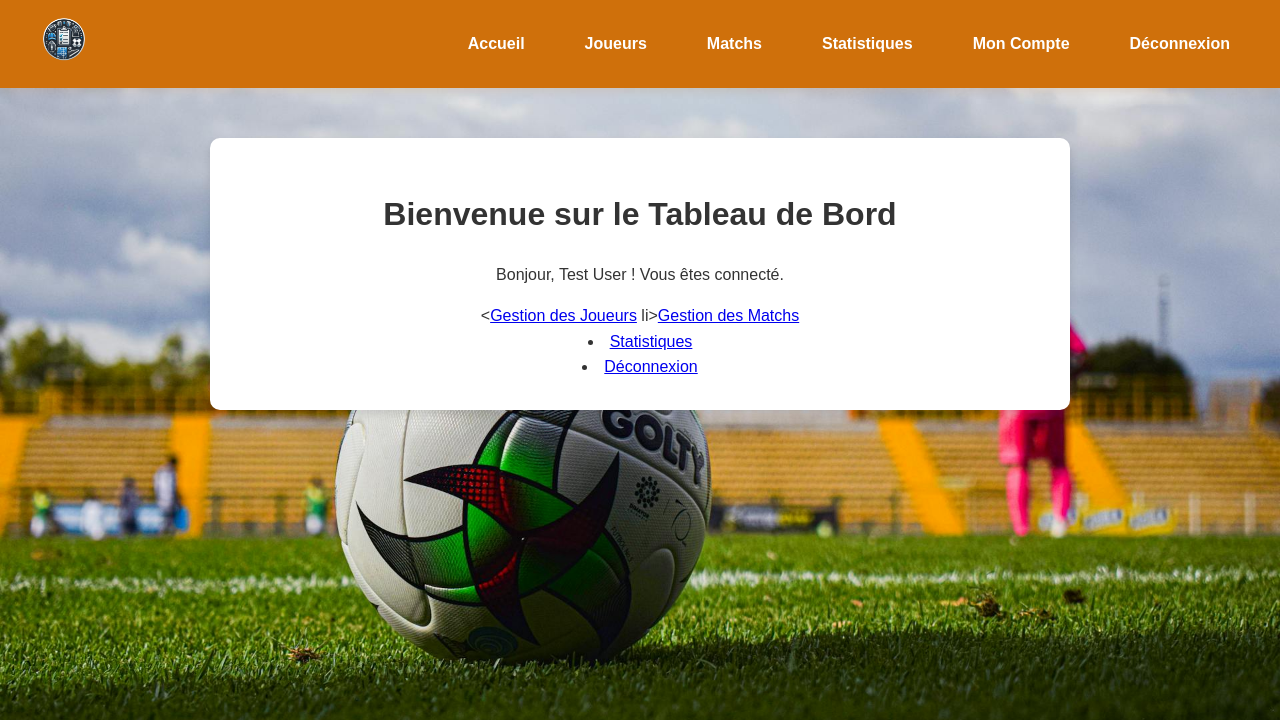
Repository: iisloomx/R401_MiniProjet
Page: http://localhost/views/dashboard.php
These files come from the project's save history. The page is drawn as it stood at one moment and after the next save; the edit follows.
The browser window is 1280 px wide. The pictures show the whole page.
The page is run by PHP 8.4 with error messages shown; the project is at /var/www/html/. The session is filled in as if someone had signed in: {"id_utilisateur": 1, "utilisateur": "Test User"}. Other server files are loaded and not shown.

Above is the page before, as saved 2025-01-19 04:23:54.

### views/dashboard.php
<?php
session_start(); // Démarrez la session au début du fichier

if (!isset($_SESSION['utilisateur'])) {
    header("Location: connexion.php");
    exit();
}

include 'header.php';
?>

<!DOCTYPE html>
<html lang="fr">

<head>
    <meta charset="UTF-8">
    <title>Tableau de Bord</title>
    <link rel="stylesheet" href="css/style.css">
</head>

<body>
    <div class="table-container">
        <div class="dashboard-container">
            <h1>Bienvenue sur le Tableau de Bord</h1>
            <?php if (isset($_SESSION['utilisateur'])) : ?>
                <p>Bonjour, <?= htmlspecialchars($_SESSION['utilisateur']); ?> ! Vous êtes connecté.</p>
            <?php else : ?>
                <p>Erreur : Utilisateur non connecté.</p>
            <?php endif; ?>



                    <<a href="../controllers/JoueursController.php?action=liste">Gestion des Joueurs</a></li>
                    li><a href="../controllers/MatchsController.php?action=liste">Gestion des Matchs</a></li>
                    <li><a href="../controllers/StatistiquesController.php?action=index">Statistiques</a></li> <!-- Nouveau bouton -->
                    <li><a href="../controllers/DeconnexionController.php" class="deconnexion">Déconnexion</a></li>


        </div>
    </div>
</body>

</html>

<?php include 'footer.php'; ?>

### views/header.php
<!DOCTYPE html>
<html lang="fr">
<head>
    <meta charset="UTF-8">
    <title>Tableau de Bord</title>
    <link rel="stylesheet" href="/MiniprojetR3.01/views/css/style.css">

</head>
<body>
    <header class="main-header">
        <div class="logo">
            <a href="/MiniprojetR3.01/views/dashboard.php"><img src="../img/logo.PNG" alt="Logo" /></a>
        </div>

        <nav class="nav-links">
            <a href="/MiniprojetR3.01/views/dashboard.php">Accueil</a>
            <?php if (isset($_SESSION['utilisateur'])) : ?>

                    <a href="../controllers/JoueursController.php?action=liste">Joueurs</a>
                    <a href="../controllers/MatchsController.php?action=liste  ">Matchs</a>
                    <a href="../controllers/StatistiquesController.php?action=index">Statistiques</a>

                <a href="/MiniprojetR3.01/views/mon_compte.php" class="btn-account">Mon Compte</a>
                <a href="/MiniprojetR3.01/controllers/DeconnexionController.php" class="btn-logout">Déconnexion</a>
            <?php endif; ?>
        </nav>
    </header>
</body>
</html>

### views/css/style.css
/* Global Styles */
body {
    background: url('../img/BGROUND.jpg') no-repeat center center fixed;
    background-size: cover;
    font-family: Arial, sans-serif;
    margin: 0;
    padding: 0;
    line-height: 1.6;
    color: #333;
}

/* Header Styles */
.main-header {
    display: flex;
    align-items: center;
    justify-content: space-between;
    background-color: #cf700b;
    padding: 15px 30px;
    color: #fff;
    box-shadow: 0 4px 8px rgba(216, 117, 12, 0.1);
    position: sticky;
    top: 0;
    z-index: 1000;
}

.dropdown {
    position: relative;
    display: inline-block;
}

.dropdown-content {
    display: none;
    position: absolute;
    background-color: #f9f9f9;
    min-width: 160px;
    box-shadow: 0px 8px 16px 0px rgba(0,0,0,0.2);
    z-index: 1;
}

.dropdown-content a {
    color: black;
    padding: 12px 16px;
    text-decoration: none;
    display: block;
}



.logo img {
    height: 50px;
}

.nav-links {
    display: flex;
    align-items: center;
}

.nav-links a {
    color: #fff;
    text-decoration: none;
    font-weight: bold;
    margin-left: 20px;
    padding: 10px 20px;
    border-radius: 5px;
    transition: background-color 0.3s ease, color 0.3s ease, transform 0.2s ease;
}

.nav-links a:hover {
    background-color: #f4a261;
    color: #333;
    transform: scale(1.05);
}

.table-container {
    max-width: 800px;
    margin: 50px auto;
    background-color: #fff;
    padding: 30px;
    border-radius: 10px;
    box-shadow: 0 4px 8px rgba(0,0,0,0.1);
    text-align: center;
}

/* Container Styles */
.container {
    max-width: 800px;
    margin: 50px auto;
    padding: 30px;
    background-color: #fff;
    border-radius: 10px;
    box-shadow: 0 4px 8px rgba(0, 0, 0, 0.1);
    text-align: center;
}

/* Page Titles */
.container h1 {
    font-size: 32px;
    color: #333;
    margin-bottom: 20px;
}

/* --- AJOUT : Style du bouton "Ajouter un Match" --- */
.btn-add-match {
    display: inline-block;
    background-color: #4CAF50;
    color: #fff;
    font-weight: bold;
    text-decoration: none;
    padding: 10px 20px;
    border-radius: 5px;
    margin: 0 auto 20px auto;
    transition: background-color 0.3s ease, transform 0.2s ease;
}

.btn-add-match:hover {
    background-color: #45a049;
    transform: scale(1.05);
}

/* Pour forcer la couleur même si lien "visité" */
.btn-add-match:visited {
    color: #fff;
}

/* Forms */
form {
    width: 100%;
    max-width: 500px;
    margin: 0 auto;
    text-align: left;
}

form label {
    font-size: 16px;
    font-weight: bold;
    color: #555;
    display: block;
    margin-bottom: 5px;
}

form input[type="text"],
form input[type="number"],
form input[type="date"],
form input[type="password"],
form select {
    width: 100%;
    padding: 10px;
    margin-bottom: 20px;
    border: 1px solid #ccc;
    border-radius: 5px;
    font-size: 16px;
    transition: border-color 0.3s ease, box-shadow 0.3s ease;
}

form input[type="text"]:focus,
form input[type="number"]:focus,
form input[type="date"]:focus,
form input[type="password"]:focus {
    border-color: #4CAF50;
    box-shadow: 0 0 8px rgba(76, 175, 80, 0.5);
    outline: none;
}

form button {
    width: 100%;
    padding: 15px;
    background-color: #4CAF50;
    border: none;
    border-radius: 5px;
    color: white;
    font-size: 18px;
    font-weight: bold;
    cursor: pointer;
    transition: background-color 0.3s ease, transform 0.2s ease;
}

form button:hover {
    background-color: #45a049;
    transform: scale(1.05);
}


/* Table Styles */
.styled-table {
    width: 100%;
    border-collapse: collapse;
    margin-top: 20px;
    font-size: 16px;
    text-align: left; /* Changed from center to left */
    table-layout: fixed; /* Added to fix table layout */
}

.styled-table th,
.styled-table td {
    padding: 15px;
    border: 1px solid #ddd;
    word-wrap: break-word;
    white-space: normal;
}

.styled-table th {
    background-color: #f4a261;
    color: white;
    font-weight: bold;
}

.styled-table tr:nth-child(even) {
    background-color: #f9f9f9;
}

.styled-table tr:hover {
    background-color: #f1f1f1;
}

/* Links in Table */
.styled-table a {
    text-decoration: none;
    font-weight: bold;
    color: #fff;
    padding: 5px 10px;
    border-radius: 5px;
    transition: background-color 0.3s ease, color 0.3s ease, transform 0.2s ease;
}

.styled-table a:hover {
    background-color: #4CAF50;
    color: white;
    transform: scale(1.05);
}

/* Buttons for Add/Edit/Delete */
.btn {
    display: inline-block;
    padding: 10px 20px;
    font-size: 16px;
    font-weight: bold;
    color: white;
    text-decoration: none;
    border-radius: 5px;
    margin: 10px 5px;
    transition: background-color 0.3s ease, transform 0.2s ease;
}

.btn:hover {
    transform: scale(1.05);
}

.btn-add {
    background-color: #4CAF50; /* Green */
}

.btn-add:hover {
    background-color: #45a049;
}

.btn-add-commentaire {
    background-color: #4CAF50; /* Green */
}

.btn-add-commentaire:hover {
    background-color: #45a049;
}

.btn-add-joueur {
    background-color: #4CAF50; /* Green */
}

.btn-add-joueur:hover {
    background-color: #45a049;

.btn-feuille {
    background-color: #d6d65b; /* Green */
}

.btn-feuille:hover {
    background-color: #b2b24e; /* Green */
}

.btn-edit {
    background-color: #3498db; /* Blue */
}

.btn-edit:hover {
    background-color: #2980b9;
}

.btn-delete {
    background-color: #e74c3c; /* Red */
}

.btn-delete:hover {
    background-color: #c0392b;
}

.btn-back {
    background-color: #9b59b6; /* Purple */
}

.btn-back:hover {
    background-color: #8e44ad;
}


/* Footer Styles */
.main-footer {
    display: flex;
    align-items: center;
    justify-content: center;
    background-color: #cf700b;
    padding: 15px 30px;
    color: #fff;
    height: 60px;
    margin-top: 50px;
}

/* Footer Links */
.footer-links a {
    color: #fff;
    text-decoration: none;
    font-weight: bold;
}

.footer-links a:hover {
    text-decoration: underline;
}

/* Form Error Message */
.error-message {
    color: red;
    font-size: 16px;
    margin-bottom: 15px;
    text-align: center;
}

/* Responsive Styles */
@media (max-width: 600px) {
    .container {
        width: 90%;
        margin: 20px auto;
        padding: 20px;
    }

    .styled-table {
        font-size: 14px;
    }

    form input,
    form button {
        font-size: 14px;
    }
}

/* Link to Create Account */
.create-account-link {
    color: #4CAF50;
    font-weight: bold;
    text-decoration: none;
    margin-top: 20px;
    display: inline-block;
    transition: color 0.3s ease, transform 0.2s ease;
}

.create-account-link:hover {
    color: #45a049;
    text-decoration: underline;
    transform: scale(1.05);
}

.create-account-container {
    text-align: center;
    margin-top: 20px;
    font-size: 16px;
    color: #333;
}

.form-container h2 {
    font-size: 28px;
    margin-bottom: 20px;
    color: #333;
    text-align: center;
}

/* Dashboard Container */
.dashboard-container {
    text-align: center;
    margin-top: 50px;
    padding: 30px;
    background-color: #fff;
    border-radius: 10px;
    box-shadow: 0 4px 8px rgba(0, 0, 0, 0.1);
    max-width: 600px;
    margin-left: auto;
    margin-right: auto;
}

/* Dashboard Title */
.dashboard-container h1 {
    font-size: 32px;
    color: #333;
    margin-bottom: 20px;
}

/* Dashboard Paragraph */
.dashboard-container p {
    font-size: 18px;
    color: #555;
    margin-bottom: 30px;
}

/* Navigation Links */
.dashboard-container nav ul {
    list-style: none;
    padding: 0;
    margin: 0;
}

.dashboard-container nav ul li {
    margin: 10px 0;
}

.dashboard-container nav ul li a {
    display: inline-block;
    font-size: 18px;
    font-weight: bold;
    text-decoration: none;
    color: #fff;
    background-color: #4CAF50;
    padding: 10px 20px;
    border-radius: 5px;
    transition: background-color 0.3s ease, transform 0.2s ease;
}

.dashboard-container nav ul li a:hover {
    background-color: #45a049;
    transform: scale(1.05);
}

/* Déconnexion Button */
.dashboard-container nav ul li a.deconnexion {
    background-color: #e74c3c;
}

.dashboard-container nav ul li a.deconnexion:hover {
    background-color: #c0392b;
}

/* Styles pour les boutons radio et leurs labels */
.radio-group {
    display: flex;
    flex-wrap: wrap;
    gap: 10px;
    margin-top: 10px;
}

.radio-group label {
    display: inline-flex;
    align-items: center;
    font-size: 16px;
    color: #555;
    cursor: pointer;
    margin-right: 15px;
}

.radio-group input[type="radio"] {
    margin-right: 5px;
    cursor: pointer;
    width: 16px;
    height: 16px;
    vertical-align: middle;
}

.error-message {
    color: red;
    font-size: 14px;
    margin-top: 10px;
}

.success-message {
    color: green;
    font-size: 14px;
    margin-top: 10px;
}

.no-data {
    color: #555;
    font-size: 16px;
    margin-top: 20px;
}

}

Loaded but not shown: views/footer.php (common file)

After the next save:
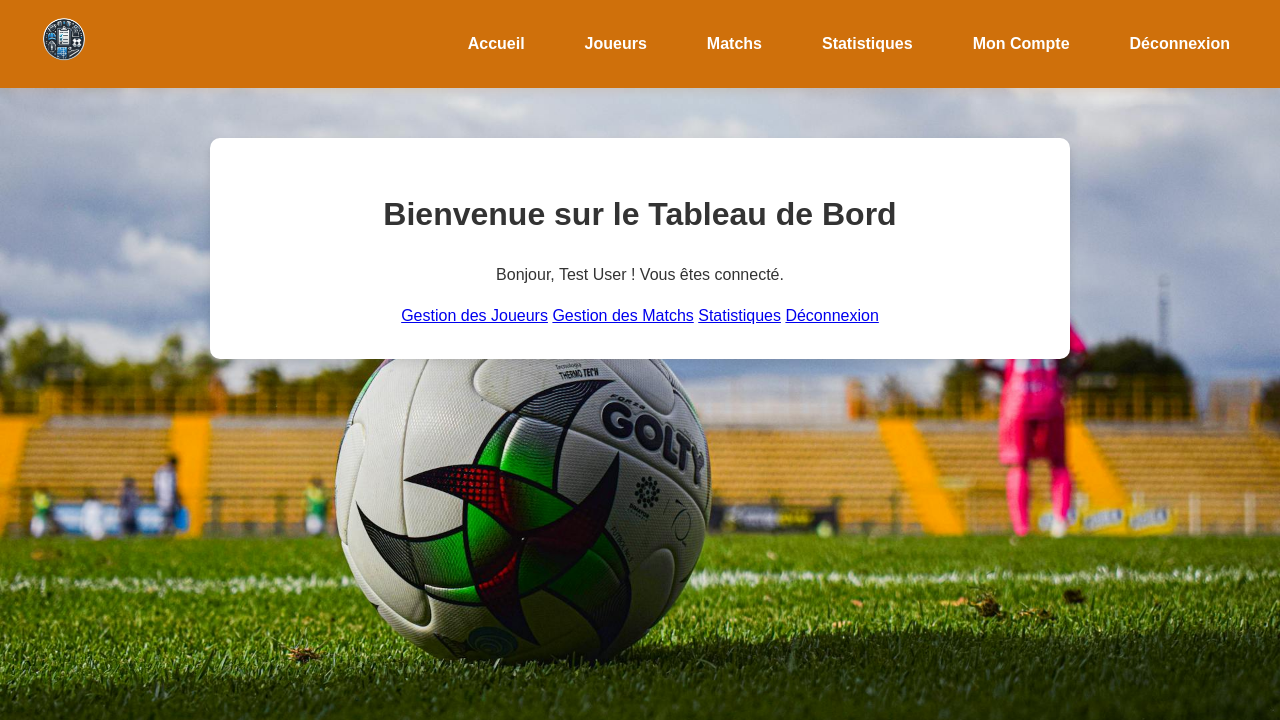
Saved 7 s later.
--- a/views/dashboard.php
+++ b/views/dashboard.php
@@ -30,10 +30,10 @@
 
 
 
-                    <<a href="../controllers/JoueursController.php?action=liste">Gestion des Joueurs</a></li>
-                    li><a href="../controllers/MatchsController.php?action=liste">Gestion des Matchs</a></li>
-                    <li><a href="../controllers/StatistiquesController.php?action=index">Statistiques</a></li> <!-- Nouveau bouton -->
-                    <li><a href="../controllers/DeconnexionController.php" class="deconnexion">Déconnexion</a></li>
+                    <a href="../controllers/JoueursController.php?action=liste">Gestion des Joueurs</a></li>
+                    <a href="../controllers/MatchsController.php?action=liste">Gestion des Matchs</a></li>
+                    <a href="../controllers/StatistiquesController.php?action=index">Statistiques</a></li> <!-- Nouveau bouton -->
+                    <a href="../controllers/DeconnexionController.php" class="deconnexion">Déconnexion</a></li>
 
 
         </div>
